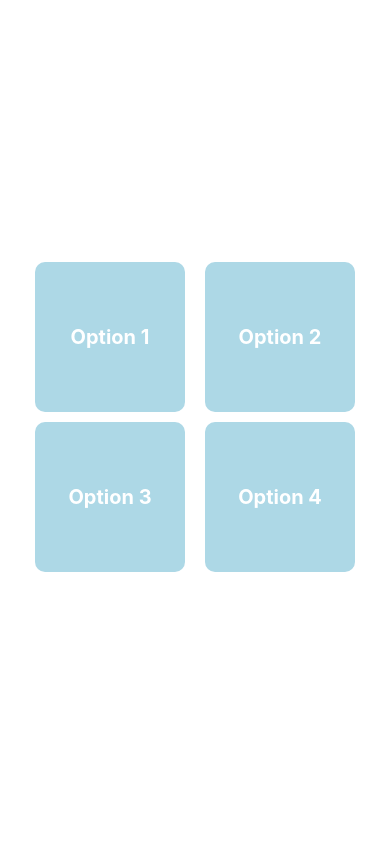
Repository: hajin-park/V-QUIP
Page: / (app in frontend/react-native-app/)
The author's editor kept a copy of each file at every save. The page is drawn from the files as they stood at one save, then again after the next save.
The browser window is 390 px wide. The pictures show the whole page.
The app was drawn by React Native's web renderer in a window 390 px wide. The project was rebuilt for these pictures with package versions that can differ from the ones it lists, and the page was loaded fresh each time.

Above is the page before, as saved 2024-03-28 20:33:21.

### frontend/react-native-app/App.js
import { StatusBar } from 'expo-status-bar';
import { StyleSheet, Text, View, TouchableOpacity } from 'react-native';

export default function App() {
  const handleOptionClick = (option) => {
    // Handle click event for the selected option
    console.log(`Option ${option} clicked`);
  };

  return (
    <View style={styles.container}>
      <View style={styles.row}>
        <TouchableOpacity style={styles.box} onPress={() => handleOptionClick(1)}>
          <Text style={styles.text}>Option 1</Text>
        </TouchableOpacity>
        <TouchableOpacity style={styles.box} onPress={() => handleOptionClick(2)}>
          <Text style={styles.text}>Option 2</Text>
        </TouchableOpacity>
      </View>
      <View style={styles.row}>
        <TouchableOpacity style={styles.box} onPress={() => handleOptionClick(3)}>
          <Text style={styles.text}>Option 3</Text>
        </TouchableOpacity>
        <TouchableOpacity style={styles.box} onPress={() => handleOptionClick(4)}>
          <Text style={styles.text}>Option 4</Text>
        </TouchableOpacity>
      </View>
      <StatusBar style="auto" />
    </View>
  );
}

const styles = StyleSheet.create({
  container: {
    flex: 1,
    backgroundColor: '#fff',
    alignItems: 'center',
    justifyContent: 'center',
  },
  row: {
    flexDirection: 'row',
    justifyContent: 'center',
    marginBottom: 10,
  },
  box: {
    width: 150,
    height: 150,
    backgroundColor: '#ADD8E6', // Light blue color
    borderRadius: 10, // Rounded edges
    alignItems: 'center',
    justifyContent: 'center',
    marginHorizontal: 10,
  },
  text: {
    fontSize: 20,
    fontWeight: 'bold',
    color: '#FFFFFF', // White text color
  },
});

After the next save:
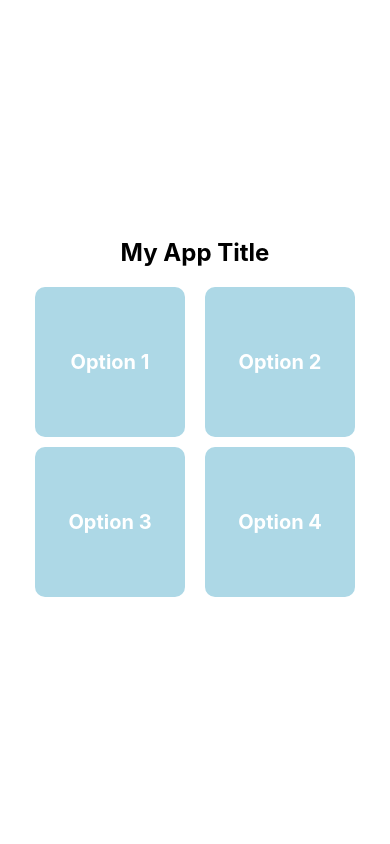
Saved 2 min 25 s later.
--- a/frontend/react-native-app/App.js
+++ b/frontend/react-native-app/App.js
@@ -9,6 +9,7 @@ export default function App() {
 
   return (
     <View style={styles.container}>
+      <Text style={styles.title}>My App Title</Text>
       <View style={styles.row}>
         <TouchableOpacity style={styles.box} onPress={() => handleOptionClick(1)}>
           <Text style={styles.text}>Option 1</Text>
@@ -37,6 +38,11 @@ const styles = StyleSheet.create({
     alignItems: 'center',
     justifyContent: 'center',
   },
+  title: {
+    fontSize: 24,
+    fontWeight: 'bold',
+    marginBottom: 20,
+  },
   row: {
     flexDirection: 'row',
     justifyContent: 'center',
